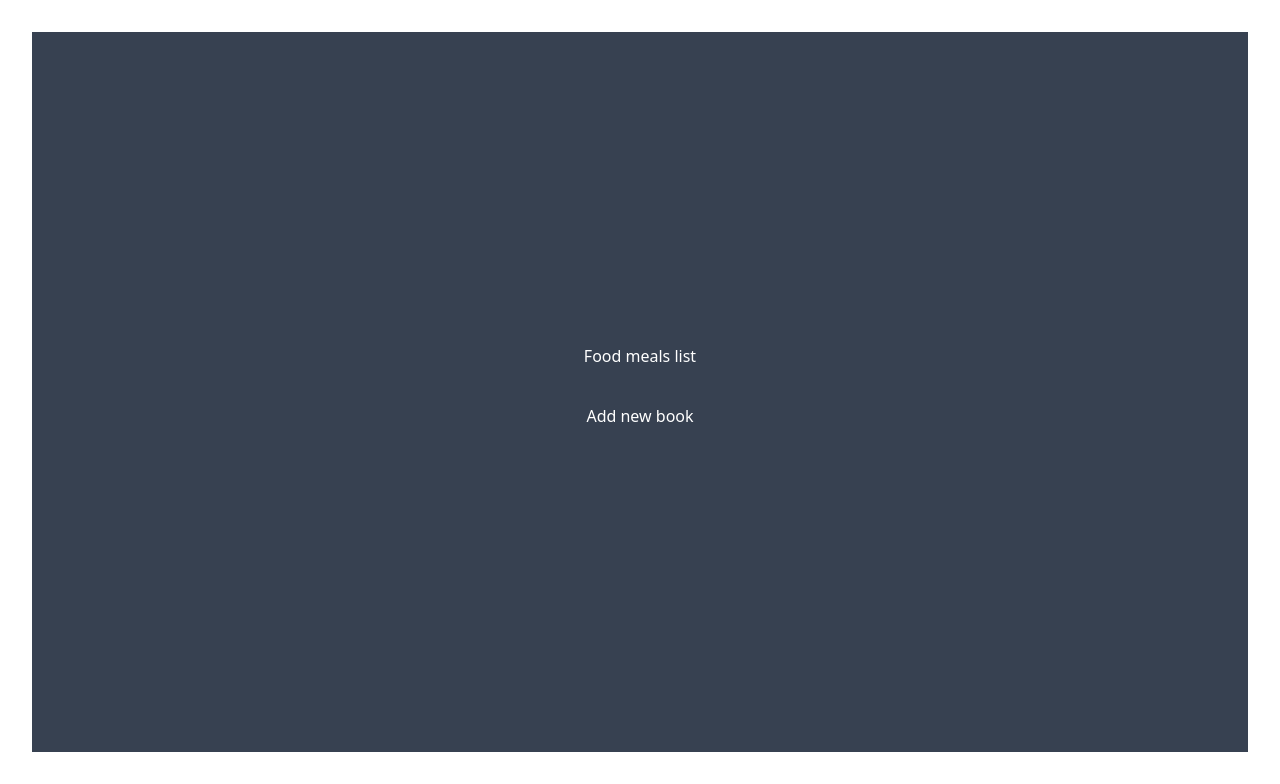
Repository: Vasil1001/fullstack-nutrition-tracker
Page: / (app in frontend/)
The author's editor kept a copy of each file at every save. The page is drawn from the files as they stood at one save, then again after a run of saves.
The browser window is 1280 px wide. The pictures show the whole page.
The page's requests for data from a server got no answer. The project was rebuilt for these pictures with package versions that can differ from the ones it lists, and the page was loaded fresh each time. No one was signed in, and anything a server would have sent is missing. Also part of the build but not shown: frontend/vite.config.js, frontend/src/pages/Add.jsx, frontend/src/pages/Update.jsx.

Above is the page before, as saved 2023-05-21 16:11:44.

After the next 3 saves:
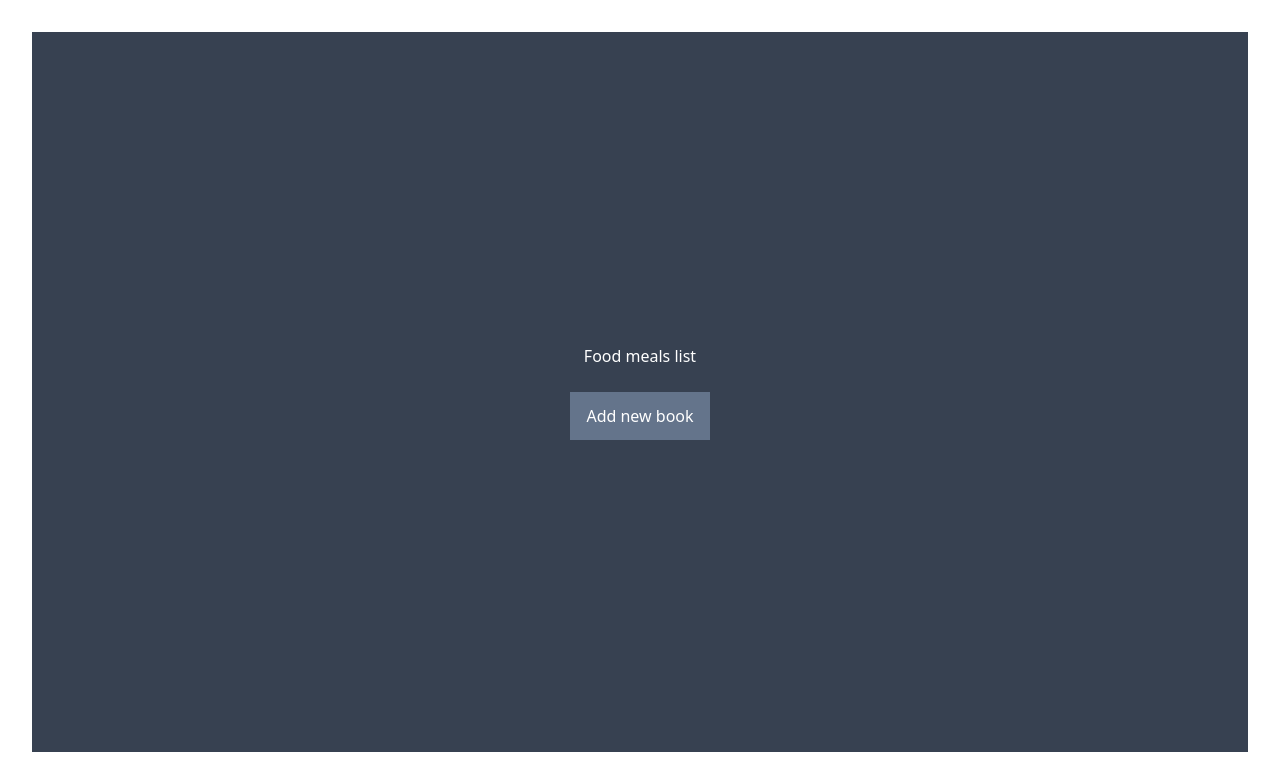
The 3 saves are shown as one change because they came seconds apart.
The last was saved 13 s later.
--- a/frontend/src/pages/Books.jsx
+++ b/frontend/src/pages/Books.jsx
@@ -38,7 +38,7 @@ export default function Books() {
           </div>
         ))}
       </div>
-      <button className='p-3'>
+      <button className='p-3 px-4 bg-slate-500'>
         <Link to="/add">Add new book</Link>
       </button>
     </div>
